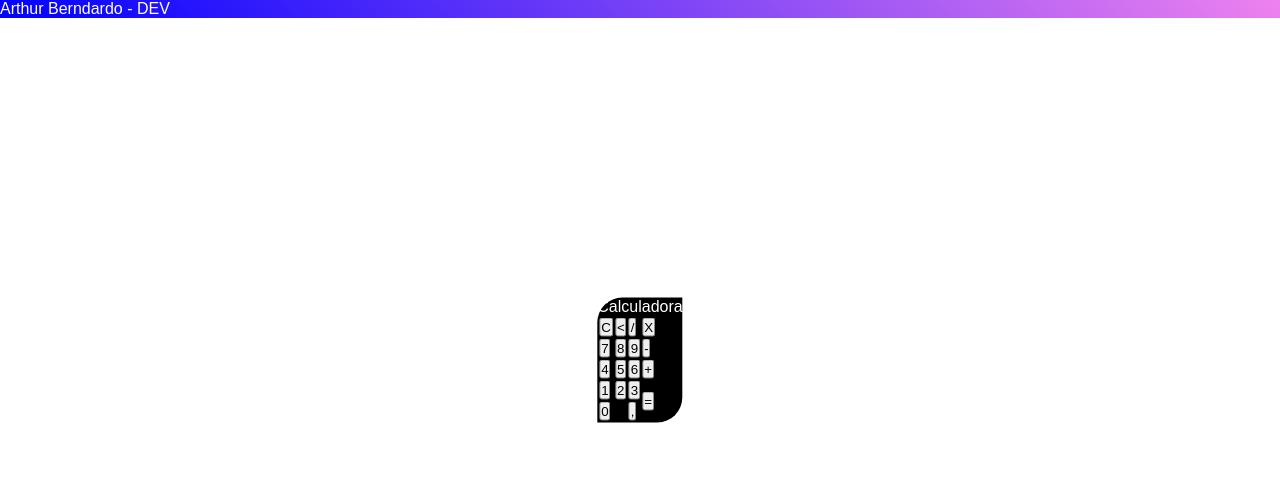
Repository: oThurDev/calculadora
Page: calculadora.html
The author's editor kept a copy of each file at every save. The page is drawn from the files as they stood at one save, then again after the next save.
The browser window is 1280 px wide. The pictures show the whole page.

Above is the page before, as saved 2022-02-25 15:30:29.

After the next save:
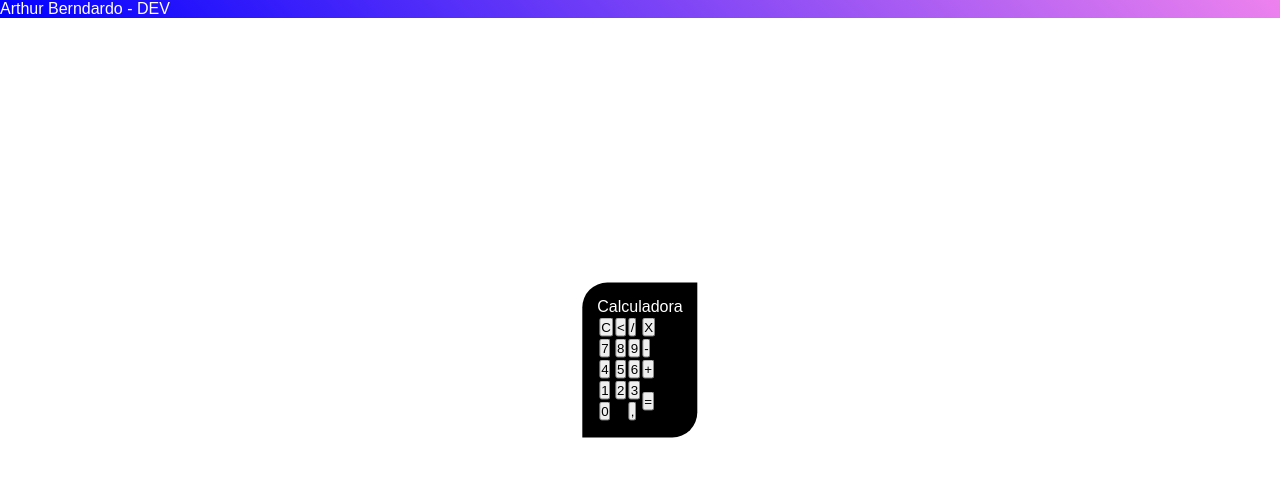
Saved 23 s later.
--- a/style_calculadora.css
+++ b/style_calculadora.css
@@ -17,4 +17,5 @@
     left: 50%;
     transform: translate(-50%, -50%);
     border-radius: 25px 0px;
+    padding: 15px;
 }
